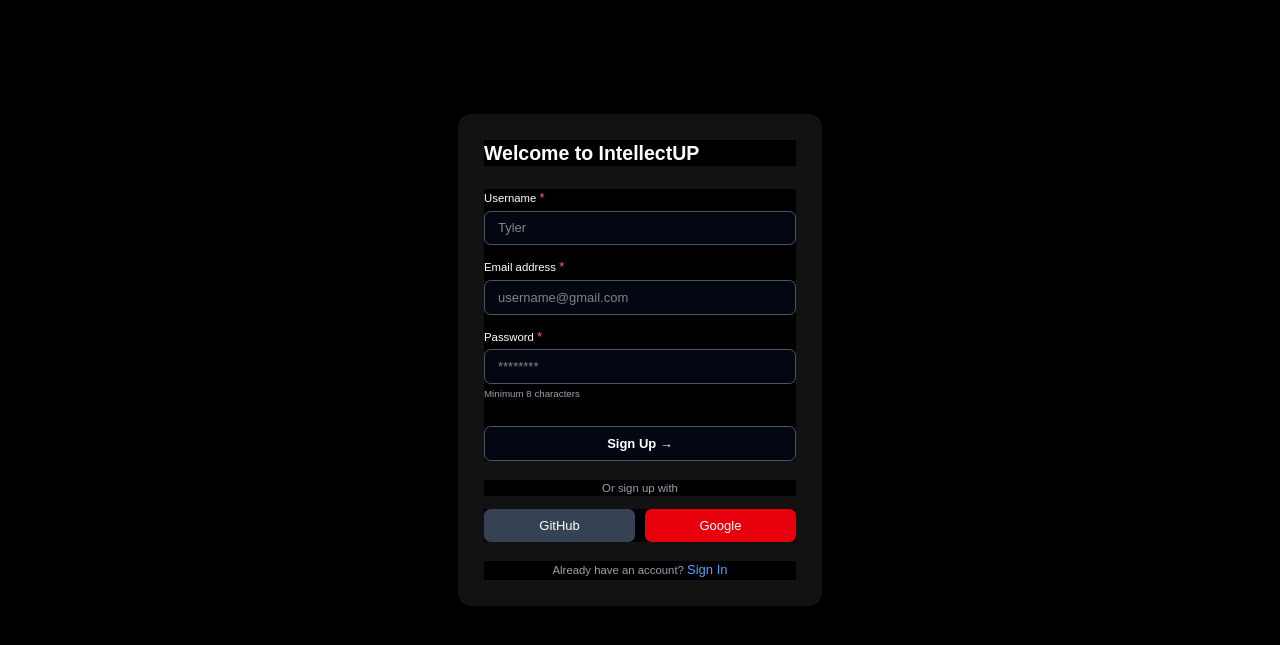
Repository: Meruem09/Briskly
Page: / (app in briskly/)
An editor plug-in stored every save of this project. The page is shown before and after the next save, followed by the edit.
The browser window is 1280 px wide. The pictures show the whole page.
The page's requests for data from a server got no answer. The project was rebuilt for these pictures with package versions that can differ from the ones it lists, and the page was loaded fresh each time. Some packages were replaced by stand-ins written for this rebuild. No one was signed in, and anything a server would have sent is missing. Also part of the build but not shown: briskly/vite.config.js, briskly/src/component/SIgnInPage.jsx, briskly/src/component/Main.jsx, briskly/src/component/OnBoarding.jsx.

Above is the page before, as saved 2025-07-08 16:47:34.

After the next save:
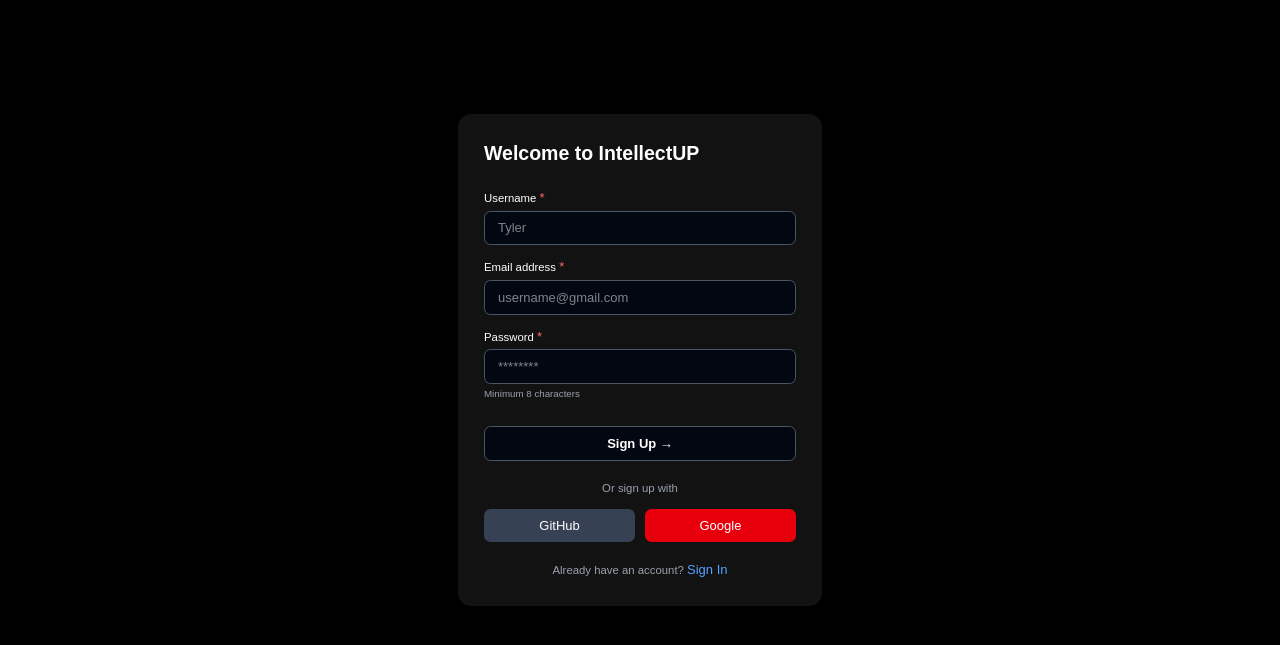
Saved 32 s later.
--- a/briskly/src/App.css
+++ b/briskly/src/App.css
@@ -1,5 +1,5 @@
 *{
-    background-color: black;
+    background-color:#121212;
     font-family:sans-serif;
     color: white;
     font-size: small;
